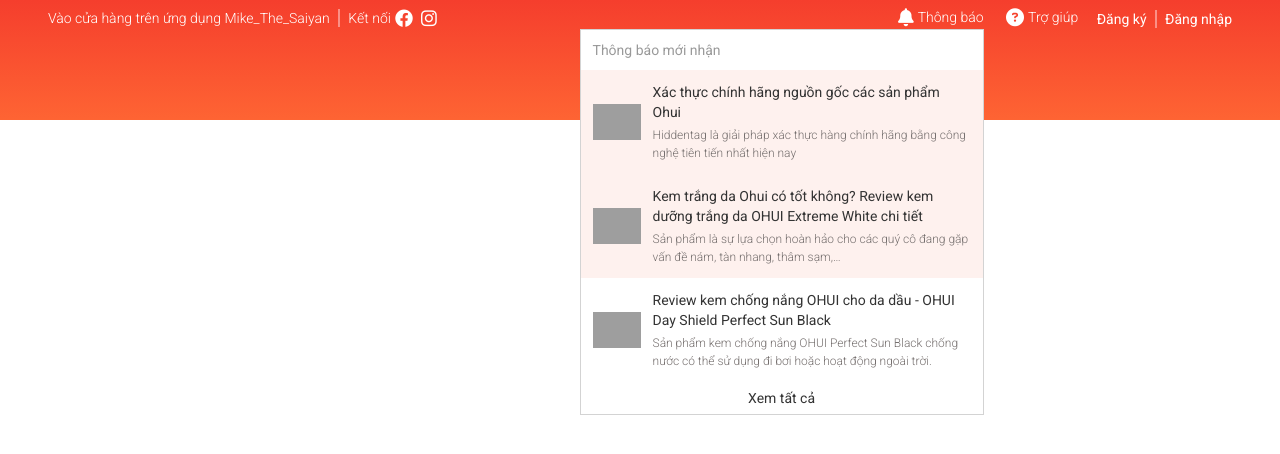
Repository: thefellowshiplotr/project_shopee
Page: index.html
The author's editor kept a copy of each file at every save. The page is drawn from the files as they stood at one save, then again after the next save.
The browser window is 1280 px wide. The pictures show the whole page.
Pictures or frames that could not be fetched are drawn as grey boxes.

Above is the page before, as saved 2022-11-07 11:02:51.

After the next save:
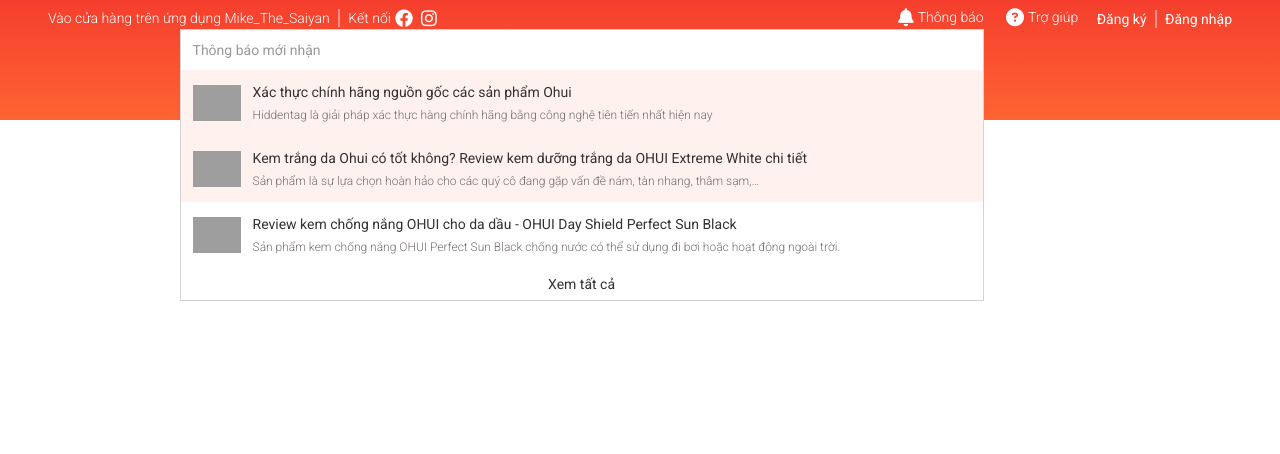
Saved 8 s later.
--- a/assets/css/main.css
+++ b/assets/css/main.css
@@ -133,7 +133,7 @@
 .header__notify {
   position: absolute;
   top: 100%;
-  width: 404px;
+  width: 804px;
   right: 0;
   border: 1px solid #d3d3d3;
   background-color: var(--white-color);

After the save that followed:
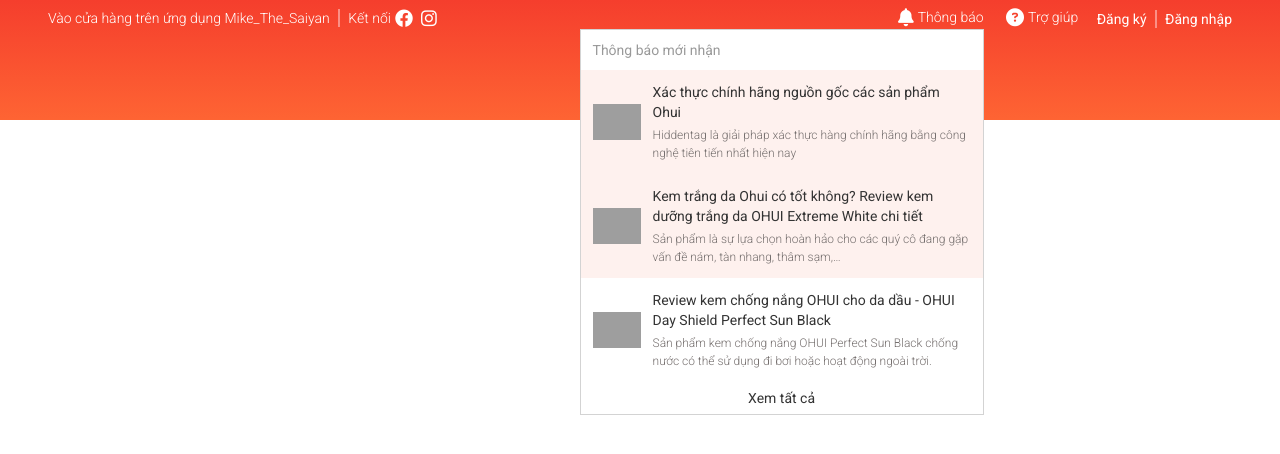
Saved 19 s later.
--- a/assets/css/main.css
+++ b/assets/css/main.css
@@ -133,7 +133,7 @@
 .header__notify {
   position: absolute;
   top: 100%;
-  width: 804px;
+  width: 404px;
   right: 0;
   border: 1px solid #d3d3d3;
   background-color: var(--white-color);
